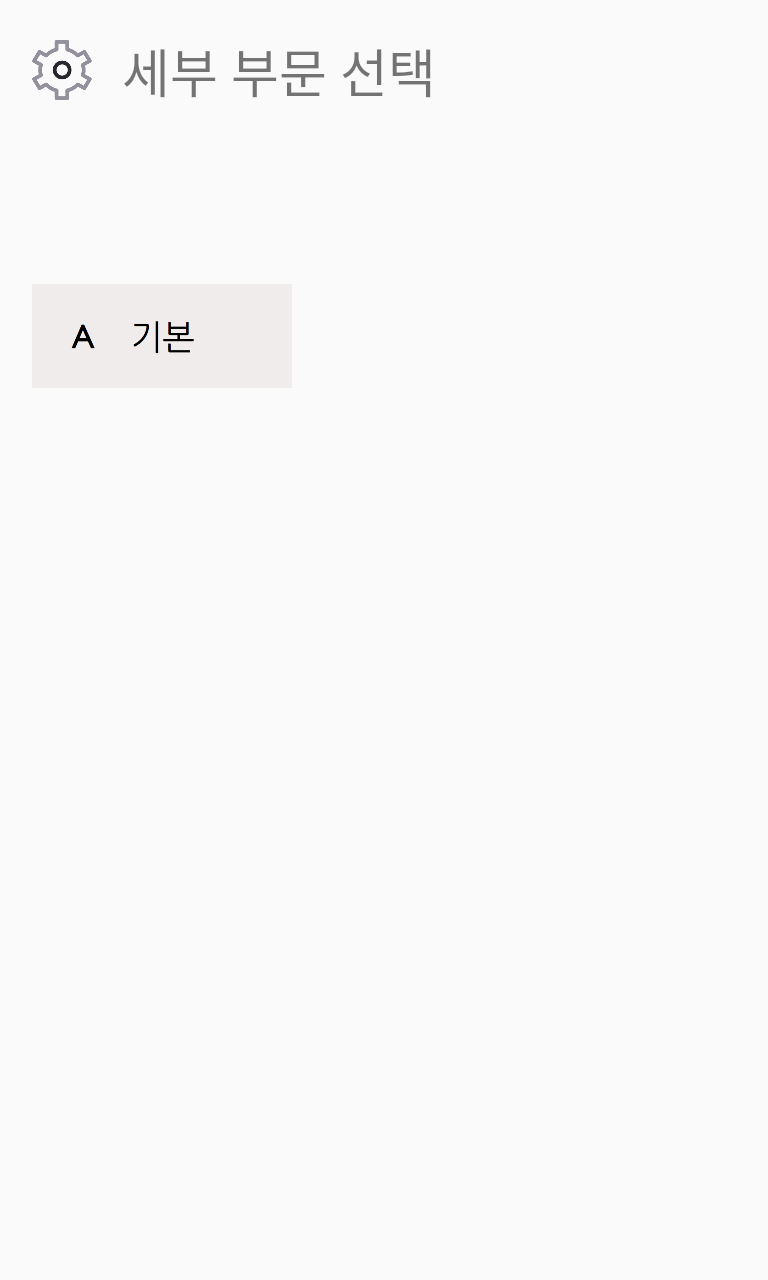
Repository: team-peony/ccfinder
Layout: android/CertifiedCompanyFinder/res/layout/fragment_category_ks.xml
These files come from the project's save history. The layout is drawn as it stood at one moment and after the next save; the edit follows.
It is drawn on a 768 x 1280 px phone screen (xhdpi) without system bars, with theme AppTheme; the app's code is not run.

Above is the layout before, as saved 2015-02-20 05:34:30.

After the next save:
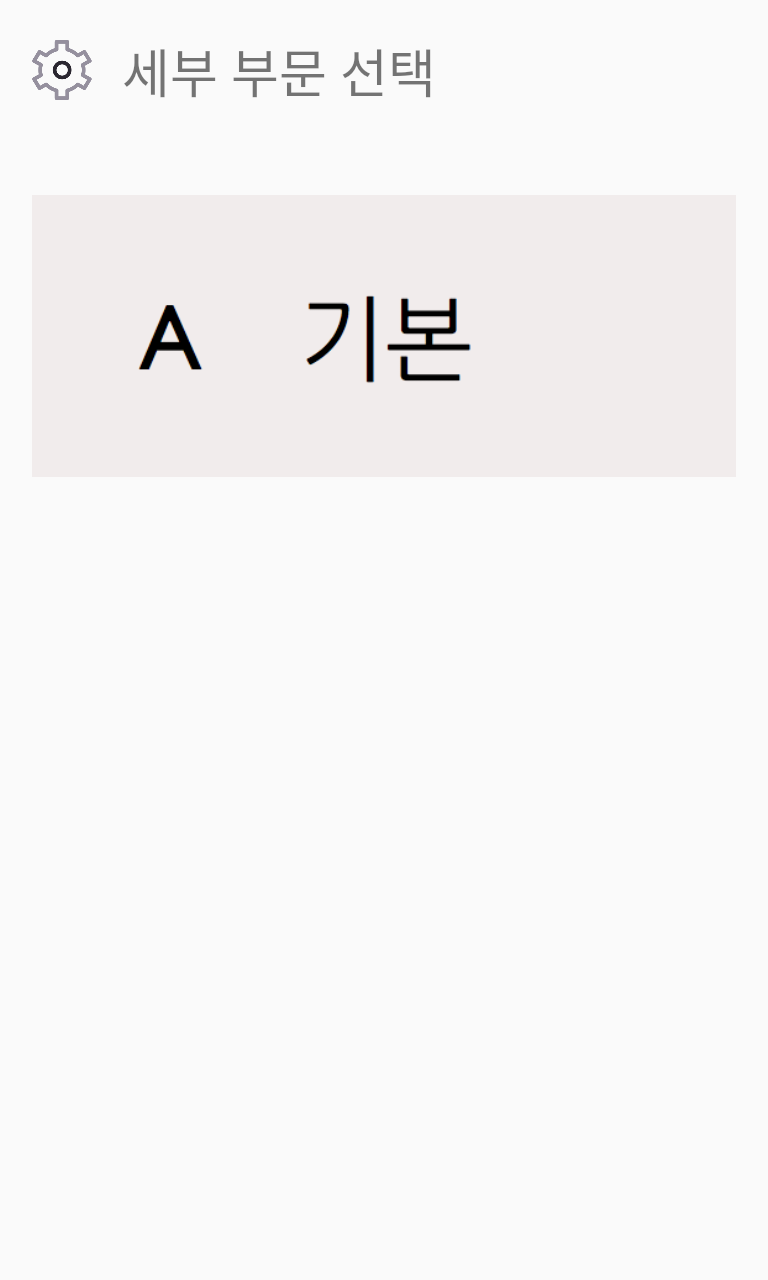
Saved 39 s later.
--- a/android/CertifiedCompanyFinder/res/layout/fragment_category_ks.xml
+++ b/android/CertifiedCompanyFinder/res/layout/fragment_category_ks.xml
@@ -38,7 +38,7 @@
             android:orientation="horizontal">
 
 			<ImageView
-			    android:layout_width="@dimen/ks_category_width"
+			    android:layout_width="wrap_content"
 			    android:layout_height="wrap_content"
 			    android:src="@drawable/a_icon"/>
         </LinearLayout>
